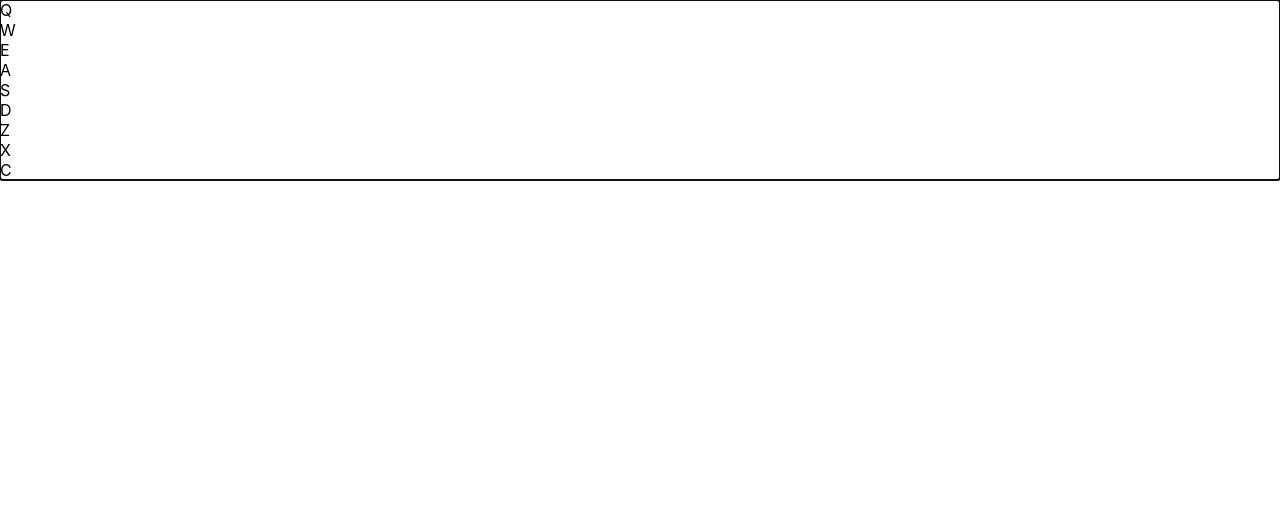
Repository: milac0/drum-machine
Page: /
These files come from the project's save history. The page is drawn as it stood at one moment and after the next save; the edit follows.
The browser window is 1280 px wide. The pictures show the whole page.
The project was rebuilt for these pictures with package versions that can differ from the ones it lists, and the page was loaded fresh each time.

Above is the page before, as saved 2019-10-25 17:17:47.

After the next save:
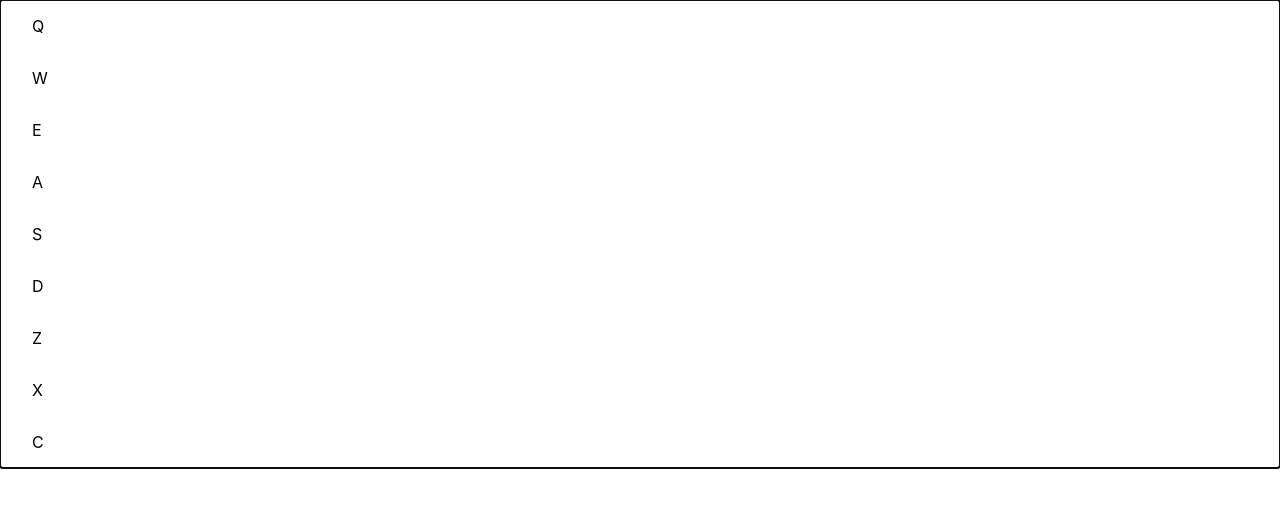
Saved 17 s later.
--- a/src/App.css
+++ b/src/App.css
@@ -11,6 +11,10 @@
 
 .drum-machine {
   display: grid;
+}
+
+.drum-pad {
+  padding: 1em 2em;
 }
 
 /* #display {
